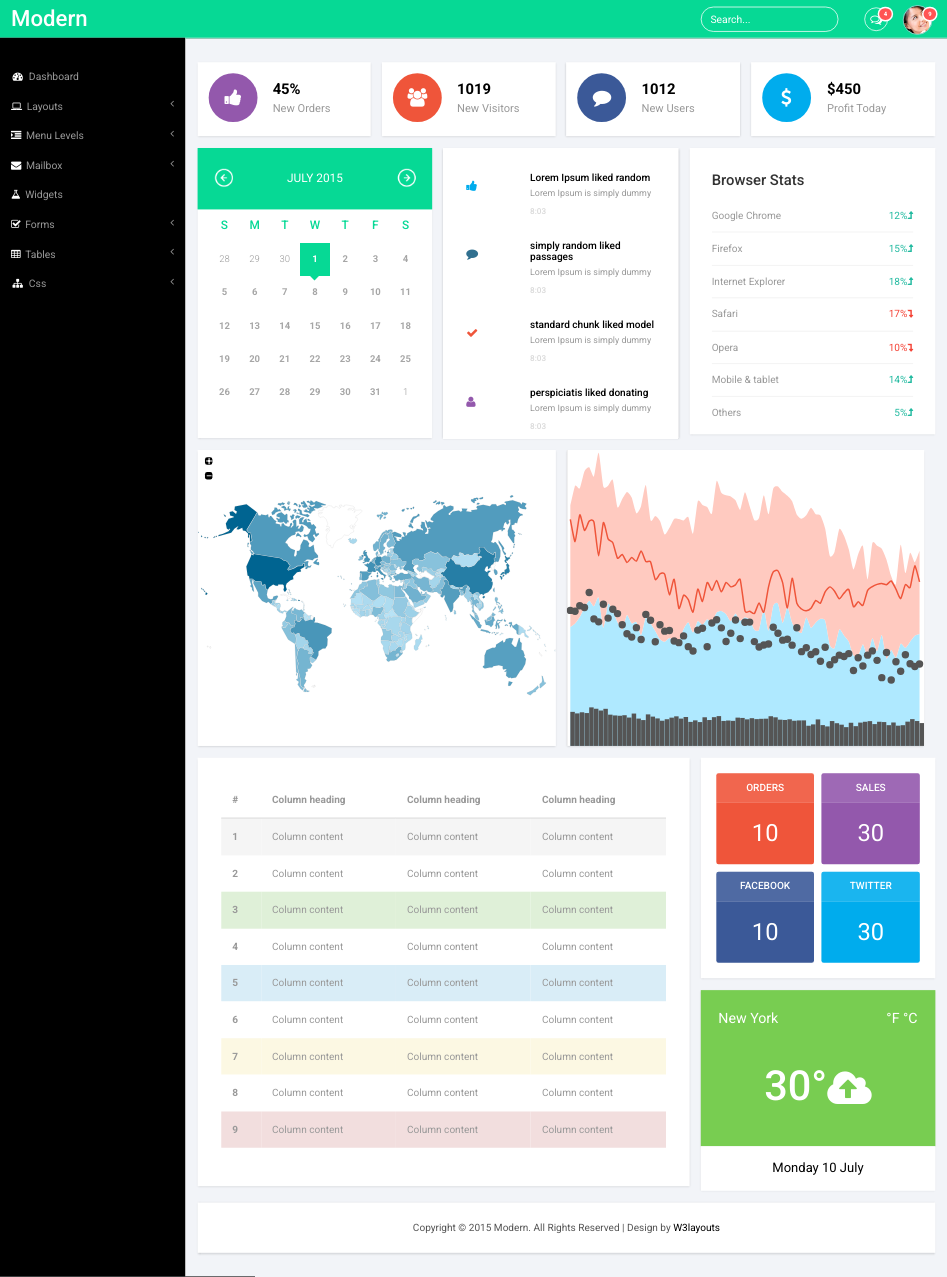
Repository: NomanMustafa/laravel-blog
Page: http://localhost/dashboard
These files come from the project's save history. The page is drawn as it stood at one moment and after the next save; the edit follows.
The browser window is 1280 px wide. The pictures show the whole page, at 74% of full size.
The page is served by the project's Laravel application, run on PHP 8.4 with Laravel 8. A made-up administrator, Test User (test@example.com), is signed in. Other server files are loaded and not shown.

Above is the page before, as saved 2020-07-05 00:13:18.

### routes/web.php
<?php

use Illuminate\Support\Facades\Route;

/*
|--------------------------------------------------------------------------
| Web Routes
|--------------------------------------------------------------------------
|
| Here is where you can register web routes for your application. These
| routes are loaded by the RouteServiceProvider within a group which
| contains the "web" middleware group. Now create something great!
|
 */

// Route::get('/', function () {
//     return view('welcome');
// });
Route::get('/', 'PublicControler@index')->name('index');
Route::get('post/{id}', 'PublicControler@singlePost')->name('singlePost');
Route::get('/about', 'PublicControler@about')->name('about');
Route::get('/contect', 'PublicControler@contect')->name('contect');
Route::post('/contect', 'PublicControler@contectPost')->name('contectPost');

Auth::routes();
Route::get('/dashboard', 'HomeController@index')->name('dashboard');

Route::prefix('admin')->group(function(){
    Route::get('/dashboard' , 'AdminController@dashboard')->name('adminDashboard');
});

### resources/views/dashboard.blade.php
@extends('layouts.admin')

@section('content')

<div id="wrapper">
     <!-- Navigation -->
       <nav class="top1 navbar navbar-default navbar-static-top" role="navigation" style="margin-bottom: 0">
            @include('includes.admin.headerNavigation')
            @include('includes.admin.sideBar')
                 </nav>
        <div id="page-wrapper">
        <div class="graphs">
     	<div class="col_3">
        	<div class="col-md-3 widget widget1">
        		<div class="r3_counter_box">
                    <i class="pull-left fa fa-thumbs-up icon-rounded"></i>
                    <div class="stats">
                      <h5><strong>45%</strong></h5>
                      <span>New Orders</span>
                    </div>
                </div>
        	</div>
        	<div class="col-md-3 widget widget1">
        		<div class="r3_counter_box">
                    <i class="pull-left fa fa-users user1 icon-rounded"></i>
                    <div class="stats">
                      <h5><strong>1019</strong></h5>
                      <span>New Visitors</span>
                    </div>
                </div>
        	</div>
        	<div class="col-md-3 widget widget1">
        		<div class="r3_counter_box">
                    <i class="pull-left fa fa-comment user2 icon-rounded"></i>
                    <div class="stats">
                      <h5><strong>1012</strong></h5>
                      <span>New Users</span>
                    </div>
                </div>
        	</div>
        	<div class="col-md-3 widget">
        		<div class="r3_counter_box">
                    <i class="pull-left fa fa-dollar dollar1 icon-rounded"></i>
                    <div class="stats">
                      <h5><strong>$450</strong></h5>
                      <span>Profit Today</span>
                    </div>
                </div>
        	 </div>
        	<div class="clearfix"> </div>
      </div>
      <div class="col_1">
		    <div class="col-md-4 span_7">
		      <div class="cal1 cal_2"><div class="clndr"><div class="clndr-controls"><div class="clndr-control-button"><p class="clndr-previous-button">previous</p></div><div class="month">July 2015</div><div class="clndr-control-button rightalign"><p class="clndr-next-button">next</p></div></div><table class="clndr-table" border="0" cellspacing="0" cellpadding="0"><thead><tr class="header-days"><td class="header-day">S</td><td class="header-day">M</td><td class="header-day">T</td><td class="header-day">W</td><td class="header-day">T</td><td class="header-day">F</td><td class="header-day">S</td></tr></thead><tbody><tr><td class="day adjacent-month last-month calendar-day-2015-06-28"><div class="day-contents">28</div></td><td class="day adjacent-month last-month calendar-day-2015-06-29"><div class="day-contents">29</div></td><td class="day adjacent-month last-month calendar-day-2015-06-30"><div class="day-contents">30</div></td><td class="day calendar-day-2015-07-01"><div class="day-contents">1</div></td><td class="day calendar-day-2015-07-02"><div class="day-contents">2</div></td><td class="day calendar-day-2015-07-03"><div class="day-contents">3</div></td><td class="day calendar-day-2015-07-04"><div class="day-contents">4</div></td></tr><tr><td class="day calendar-day-2015-07-05"><div class="day-contents">5</div></td><td class="day calendar-day-2015-07-06"><div class="day-contents">6</div></td><td class="day calendar-day-2015-07-07"><div class="day-contents">7</div></td><td class="day calendar-day-2015-07-08"><div class="day-contents">8</div></td><td class="day calendar-day-2015-07-09"><div class="day-contents">9</div></td><td class="day calendar-day-2015-07-10"><div class="day-contents">10</div></td><td class="day calendar-day-2015-07-11"><div class="day-contents">11</div></td></tr><tr><td class="day calendar-day-2015-07-12"><div class="day-contents">12</div></td><td class="day calendar-day-2015-07-13"><div class="day-contents">13</div></td><td class="day calendar-day-2015-07-14"><div class="day-contents">14</div></td><td class="day calendar-day-2015-07-15"><div class="day-contents">15</div></td><td class="day calendar-day-2015-07-16"><div class="day-contents">16</div></td><td class="day calendar-day-2015-07-17"><div class="day-contents">17</div></td><td class="day calendar-day-2015-07-18"><div class="day-contents">18</div></td></tr><tr><td class="day calendar-day-2015-07-19"><div class="day-contents">19</div></td><td class="day calendar-day-2015-07-20"><div class="day-contents">20</div></td><td class="day calendar-day-2015-07-21"><div class="day-contents">21</div></td><td class="day calendar-day-2015-07-22"><div class="day-contents">22</div></td><td class="day calendar-day-2015-07-23"><div class="day-contents">23</div></td><td class="day calendar-day-2015-07-24"><div class="day-contents">24</div></td><td class="day calendar-day-2015-07-25"><div class="day-contents">25</div></td></tr><tr><td class="day calendar-day-2015-07-26"><div class="day-contents">26</div></td><td class="day calendar-day-2015-07-27"><div class="day-contents">27</div></td><td class="day calendar-day-2015-07-28"><div class="day-contents">28</div></td><td class="day calendar-day-2015-07-29"><div class="day-contents">29</div></td><td class="day calendar-day-2015-07-30"><div class="day-contents">30</div></td><td class="day calendar-day-2015-07-31"><div class="day-contents">31</div></td><td class="day adjacent-month next-month calendar-day-2015-08-01"><div class="day-contents">1</div></td></tr></tbody></table></div></div>
		    </div>
		    <div class="col-md-4 span_8">
		       <div class="activity_box">
		        <div class="scrollbar" id="style-2">
                   <div class="activity-row">
	                 <div class="col-xs-1"><i class="fa fa-thumbs-up text-info icon_13"> </i>  </div>
	                 <div class="col-xs-3 activity-img"><img src='images/5.png' class="img-responsive" alt=""/></div>
	                 <div class="col-xs-8 activity-desc">
	                 	<h5><a href="#">Lorem Ipsum</a> liked <a href="#">random</a></h5>
	                    <p>Lorem Ipsum is simply dummy</p>
	                    <h6>8:03</h6>
	                 </div>
	                 <div class="clearfix"> </div>
                    </div>
	  			    <div class="activity-row">
	                 <div class="col-xs-1"><i class="fa fa-comment text-info"></i> </div>
	                 <div class="col-xs-3 activity-img"><img src='images/3.png' class="img-responsive" alt=""/></div>
	                 <div class="col-xs-8 activity-desc">
	                 	<h5><a href="#">simply random</a> liked <a href="#">passages</a></h5>
	                    <p>Lorem Ipsum is simply dummy</p>
	                    <h6>8:03</h6>
	                 </div>
	                 <div class="clearfix"> </div>
                    </div>
                    <div class="activity-row">
	                 <div class="col-xs-1"><i class="fa fa-check text-info icon_11"></i></div>
	                 <div class="col-xs-3 activity-img"><img src='images/1.png' class="img-responsive" alt=""/></div>
	                 <div class="col-xs-8 activity-desc">
	                 	<h5><a href="#">standard chunk</a> liked <a href="#">model</a></h5>
	                    <p>Lorem Ipsum is simply dummy</p>
	                    <h6>8:03</h6>
	                 </div>
	                 <div class="clearfix"> </div>
                    </div>
                    <div class="activity-row1">
	                 <div class="col-xs-1"><i class="fa fa-user text-info icon_12"></i></div>
	                 <div class="col-xs-3 activity-img"><img src='images/4.png' class="img-responsive" alt=""/></div>
	                 <div class="col-xs-8 activity-desc">
	                 	<h5><a href="#">perspiciatis</a> liked <a href="#">donating</a></h5>
	                    <p>Lorem Ipsum is simply dummy</p>
	                    <h6>8:03</h6>
	                 </div>
	                 <div class="clearfix"> </div>
                     </div>
	  		        </div>
		          </div>
		    </div>
			<div class="col-md-4 stats-info">
                <div class="panel-heading">
                    <h4 class="panel-title">Browser Stats</h4>
                </div>
                <div class="panel-body">
                    <ul class="list-unstyled">
                        <li>Google Chrome<div class="text-success pull-right">12%<i class="fa fa-level-up"></i></div></li>
                        <li>Firefox<div class="text-success pull-right">15%<i class="fa fa-level-up"></i></div></li>
                        <li>Internet Explorer<div class="text-success pull-right">18%<i class="fa fa-level-up"></i></div></li>
                        <li>Safari<div class="text-danger pull-right">17%<i class="fa fa-level-down"></i></div></li>
                        <li>Opera<div class="text-danger pull-right">10%<i class="fa fa-level-down"></i></div></li>
                        <li>Mobile &amp; tablet<div class="text-success pull-right">14%<i class="fa fa-level-up"></i></div></li>
                        <li class="last">Others<div class="text-success pull-right">5%<i class="fa fa-level-up"></i></div></li>
                    </ul>
                </div>
            </div>
            <div class="clearfix"> </div>
	  </div>
	  <div class="span_11">
		<div class="col-md-6 col_4">
		  <div class="map_container"><div id="vmap" style="width: 100%; height: 400px;"></div></div>
		  <!----Calender -------->
			<link rel="stylesheet" href="{{ asset('admin/assets/css/clndr.css') }}" type="text/css" />
			<script src="{{ asset('admin/assets/js/underscore-min.js') }}" type="text/javascript"></script>
			<script src= "{{ asset('admin/assets/js/moment-2.2.1.js') }}" type="text/javascript"></script>
			<script src="{{ asset('admin/assets/js/clndr.js') }}" type="text/javascript"></script>
			<script src="{{ asset('admin/assets/js/site.js') }}" type="text/javascript"></script>
			<!----End Calender -------->
		</div>
		<div class="col-md-6 col_5">
		  <div id="chart_container">
		   <div id="chart"></div>
	       <div id="slider"></div>


{{-- <div class="container">
    <div class="row justify-content-center">
        <div class="col-md-8">
            <div class="card">
                <div class="card-header">{{ __('Dashboard') }}</div>

                <div class="card-body">
                    @if (session('status'))
                        <div class="alert alert-success" role="alert">
                            {{ session('status') }}
                        </div>
                    @endif

                    {{ __('You are logged in!') }}
                </div>
            </div>
        </div>
    </div>
</div> --}}
@endsection

### public/admin/assets/css/lines.css

.rickshaw_graph .detail {
	pointer-events: none;
	position: absolute;
	top: 0;
	z-index: 2;
	background: rgba(0, 0, 0, 0.1);
	bottom: 0;
	width: 1px;
	transition: opacity 0.25s linear;
	-moz-transition: opacity 0.25s linear;
	-o-transition: opacity 0.25s linear;
	-webkit-transition: opacity 0.25s linear;
}
.rickshaw_graph .detail.inactive {
	opacity: 0;
}
.rickshaw_graph .detail .item.active {
	opacity: 1;
}
.rickshaw_graph .detail .x_label {
	font-family: Arial, sans-serif;
	border-radius: 3px;
	padding: 6px;
	opacity: 0.5;
	border: 1px solid #e0e0e0;
	font-size: 12px;
	position: absolute;
	background: white;
	white-space: nowrap;
}
.rickshaw_graph .detail .x_label.left {
	left: 0;
}
.rickshaw_graph .detail .x_label.right {
	right: 0;
}
.rickshaw_graph .detail .item {
	position: absolute;
	z-index: 2;
	border-radius: 3px;

	font-size: 12px;
	font-family: Arial, sans-serif;
	opacity: 0;
	background: rgba(0, 0, 0, 0.4);
	color: white;
	border: 1px solid rgba(0, 0, 0, 0.4);
	margin-left: 1em;
	margin-right: 1em;
	margin-top: -1em;
	white-space: nowrap;
}
.rickshaw_graph .detail .item.left {
	left: 0;
}
.rickshaw_graph .detail .item.right {
	right: 0;
}
.rickshaw_graph .detail .item.active {
	opacity: 1;
	background: rgba(0, 0, 0, 0.8);
}
.rickshaw_graph .detail .item:after {
	position: absolute;
	display: block;
	width: 0;
	height: 0;

	content: "";

	border: 5px solid transparent;
}
.rickshaw_graph .detail .item.left:after {
	top: 1em;
	left: -5px;
	margin-top: -5px;
	border-right-color: rgba(0, 0, 0, 0.8);
	border-left-width: 0;
}
.rickshaw_graph .detail .item.right:after {
	top: 1em;
	right: -5px;
	margin-top: -5px;
	border-left-color: rgba(0, 0, 0, 0.8);
	border-right-width: 0;
}
.rickshaw_graph .detail .dot {
	width: 4px;
	height: 4px;
	margin-left: -3px;
	margin-top: -3.5px;
	border-radius: 5px;
	position: absolute;
	box-shadow: 0 0 2px rgba(0, 0, 0, 0.6);
	box-sizing: content-box;
	-moz-box-sizing: content-box;
	background: white;
	border-width: 2px;
	border-style: solid;
	display: none;
	background-clip: padding-box;
}
.rickshaw_graph .detail .dot.active {
	display: block;
}
/* graph */
#chart {
  width: 649px !important;
  height: 400px !important;
  background-color: #fff;
}
.rickshaw_graph {
	position: relative;
}
.rickshaw_graph svg {
  display: block;
  overflow: hidden;
}
@media (max-width:1366px){
#chart {
  width:533px !important;
}
}
@media (max-width:1280px){
#chart {
  width:483px !important;
}
canvas#doughnut, canvas#line, canvas#polarArea, #bar, #pie, #radar {
  width: 308px !important;
  height: 220px !important;
}
}
@media (max-width:1024px){
#chart {
  width:360px !important;
  height:300px !important;
}
}
@media (max-width:768px){
#chart {
  width:468px !important;
  height: 300px !important;
}
}
@media (max-width:736px){
#chart {
  width:685px !important;
  height: 300px !important;
}
}
@media (max-width:640px){
#chart {
  width:580px !important;
  height:250px !important;
}
}
@media (max-width:540px){
#chart {
  width:464px !important;
  height:250px !important;
}
}
@media (max-width:480px){
#chart {
  width:447px !important;
  height:250px !important;
}
}
@media (max-width:320px){
#chart {
  width:298px !important;
  height:250px !important;
}
.copy {
  padding: 10px;
}
.copy p{
  font-size:13px;
}
.btn-group-lg>.btn, .btn-lg {
  padding: 6px 7px;
  font-size: 16px;
}
.label {
  font-size: 56%;
}
.pagination-lg>li>a, .pagination-lg>li>span {
  padding: 8px 13px;
  font-size: 15px;
}
.nav>li>a {
  padding: 7px 8px;
}
.modal-dialog {
  width: 245px !important;
}
}

### public/admin/assets/css/custom.css
#wrapper {
    width: 100%;
}
#page-wrapper {
    /*--padding: 0 15px;--*/
    min-height: 568px;
    background-color: #fff;
}

@media(min-width:768px) {
    #page-wrapper {
        position: inherit;
        margin: 0 0 0 250px;
        /*--padding: 0 30px;--*/
        border-left: 1px solid #e7e7e7;
    }
}

.navbar-top-links {
    margin-right: 0;
}

.navbar-top-links li {
    display: inline-block;
}

.navbar-top-links li:last-child {
    margin-right: 15px;
}

.navbar-top-links li a {
    padding: 15px;
    min-height: 50px;
}

.navbar-top-links .dropdown-menu li {
    display: block;
}

.navbar-top-links .dropdown-menu li:last-child {
    margin-right: 0;
}

.navbar-top-links .dropdown-menu li a {
    padding: 3px 20px;
    min-height: 0;
}

.navbar-top-links .dropdown-menu li a div {
    white-space: normal;
}

.navbar-top-links .dropdown-messages,
.navbar-top-links .dropdown-tasks,
.navbar-top-links .dropdown-alerts {
    width: 310px;
    min-width: 0;
}
.navbar-top-links .dropdown-messages {
    margin-left: 5px;
}
.navbar-top-links .dropdown-tasks {
    margin-left: -59px;
}

.navbar-top-links .dropdown-alerts {
    margin-left: -123px;
}

.navbar-top-links .dropdown-user {
    right: 0;
    left: auto;
}

.sidebar .sidebar-nav.navbar-collapse {
    padding-right: 0;
    padding-left: 0;
}

.sidebar .sidebar-search {
    padding: 15px;
}
.sidebar .arrow {
    float: right;
}

.sidebar .fa.arrow:before {
    content: "\f104";
}

.sidebar .active>a>.fa.arrow:before {
    content: "\f107";
}

.sidebar .nav-second-level li,
.sidebar .nav-third-level li {
    border-bottom: 0!important;
}

.sidebar .nav-second-level li a {
    padding-left: 37px;
}

.sidebar .nav-third-level li a {
    padding-left: 52px;
}

@media(min-width:768px) {
    .sidebar {
        z-index: 1;
        position: absolute;
        width: 250px;
        margin-top: 51px;
    }

    .navbar-top-links .dropdown-messages,
    .navbar-top-links .dropdown-tasks,
    .navbar-top-links .dropdown-alerts {
        margin-left: auto;
    }
}

### public/admin/assets/css/jqvmap.css
/*!
 * jQVMap Version 1.0
 *
 * http://jqvmap.com
 *
 * Copyright 2012, Peter Schmalfeldt <manifestinteractive@gmail.com>
 * Licensed under the MIT license.
 *
 * Fork Me @ https://github.com/manifestinteractive/jqvmap
 */
.jqvmap-label
{
	position: absolute;
	display: none;
	-webkit-border-radius: 3px;
	-moz-border-radius: 3px;
	border-radius: 3px;
	background: #292929;
	color: white;
	font-family: sans-serif, Verdana;
	font-size: smaller;
	padding: 3px;
}
.jqvmap-zoomin, .jqvmap-zoomout
{
  position: absolute;
  left: 10px;
  -webkit-border-radius: 3px;
  -moz-border-radius: 3px;
  border-radius: 3px;
  background: #000000;
  padding: 1px;
  color: white;
  width: 10px;
  height: 10px;
  cursor: pointer;
  line-height: 9px;
  text-align: center;
}
.jqvmap-zoomin
{
	top: 10px;
}
.jqvmap-zoomout
{
	top: 30px;
}
.jqvmap-region
{
  cursor: pointer;
}
.jqvmap-ajax_response
{
  width: 100%;
  height: 500px;
}

Loaded but not shown: app/Providers/AppServiceProvider.php (common file); app/Http/Controllers/Auth/LoginController.php (common file); app/Http/Controllers/Controller.php (common file); app/Http/Controllers/Auth/ConfirmPasswordController.php (common file); app/User.php (common file); app/Http/Controllers/HomeController.php (common file); public/admin/assets/css/bootstrap.min.css (library); public/admin/assets/css/font-awesome.css (library); public/admin/assets/js/jquery.min.js (library); public/admin/assets/js/metisMenu.min.js (common file); public/admin/assets/js/d3.v3.js (library); public/admin/assets/js/underscore-min.js (library); public/admin/assets/js/moment-2.2.1.js (library); public/admin/assets/js/jquery.vmap.js (library); public/admin/assets/js/jquery.vmap.sampledata.js (common file); public/admin/assets/js/jquery.vmap.world.js (library); public/admin/assets/js/bootstrap.min.js (library); public/admin/assets/js/rickshaw.js (3908 lines, source omitted); public/admin/assets/js/clndr.js (833 lines, source omitted); public/admin/assets/js/site.js (90 lines, source omitted); public/admin/assets/js/custom.js (36 lines, source omitted); public/admin/assets/css/style.css (2713 lines, source omitted); resources/views/layouts/admin.blade.php (257 lines, source omitted); resources/views/includes/admin/headerNavigation.blade.php (97 lines, source omitted); public/admin/assets/css/clndr.css (192 lines, source omitted); resources/views/includes/admin/sideBar.blade.php (80 lines, source omitted)

After the next save:
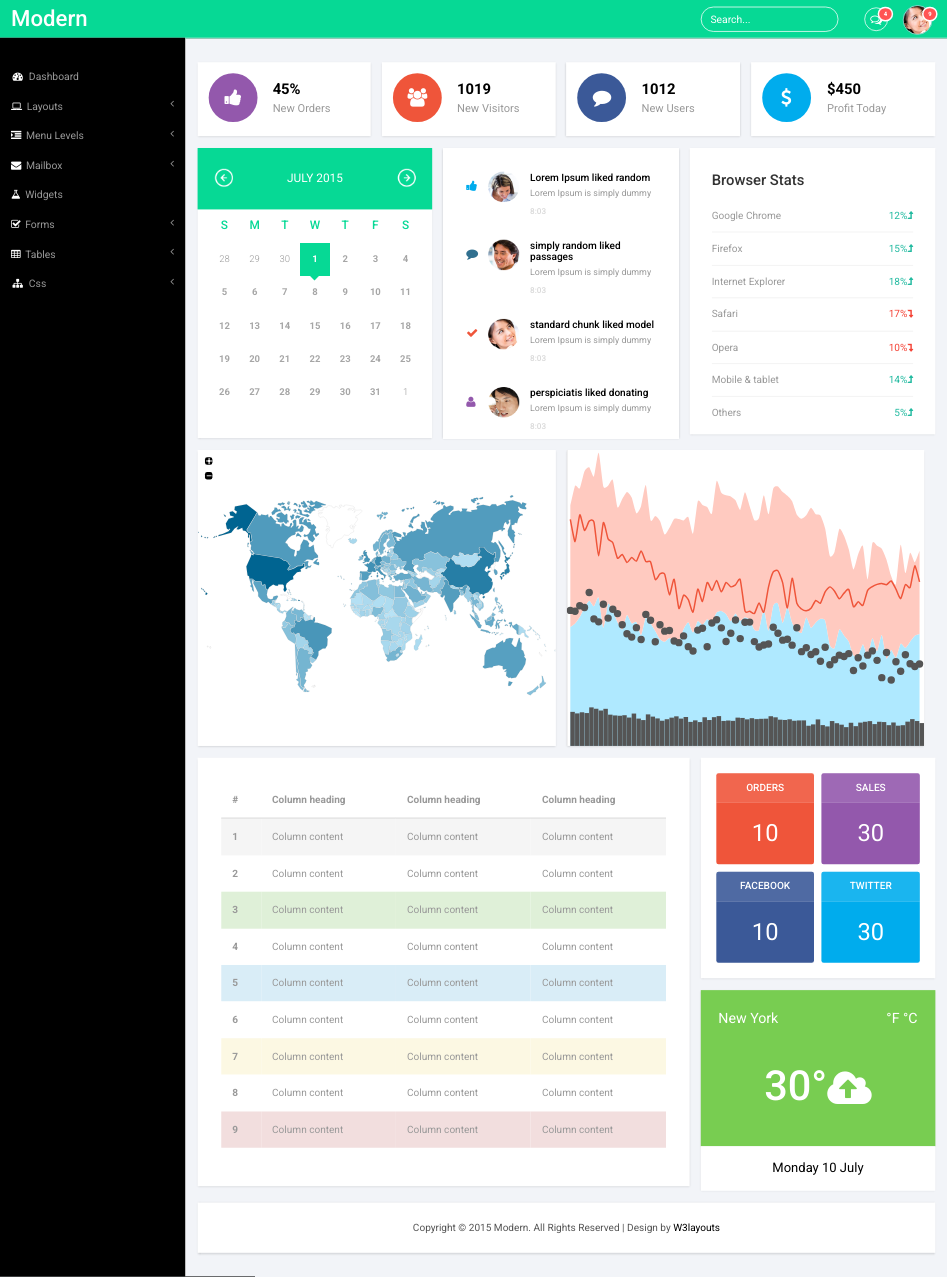
Saved 2 min 13 s later.
--- a/resources/views/dashboard.blade.php
+++ b/resources/views/dashboard.blade.php
@@ -58,7 +58,7 @@
 		        <div class="scrollbar" id="style-2">
                    <div class="activity-row">
 	                 <div class="col-xs-1"><i class="fa fa-thumbs-up text-info icon_13"> </i>  </div>
-	                 <div class="col-xs-3 activity-img"><img src='images/5.png' class="img-responsive" alt=""/></div>
+	                 <div class="col-xs-3 activity-img"><img src='{{ asset('admin/assets/images/5.png') }}' class="img-responsive" alt=""/></div>
 	                 <div class="col-xs-8 activity-desc">
 	                 	<h5><a href="#">Lorem Ipsum</a> liked <a href="#">random</a></h5>
 	                    <p>Lorem Ipsum is simply dummy</p>
@@ -68,7 +68,7 @@
                     </div>
 	  			    <div class="activity-row">
 	                 <div class="col-xs-1"><i class="fa fa-comment text-info"></i> </div>
-	                 <div class="col-xs-3 activity-img"><img src='images/3.png' class="img-responsive" alt=""/></div>
+	                 <div class="col-xs-3 activity-img"><img src='{{ asset('admin/assets/images/3.png') }}' class="img-responsive" alt=""/></div>
 	                 <div class="col-xs-8 activity-desc">
 	                 	<h5><a href="#">simply random</a> liked <a href="#">passages</a></h5>
 	                    <p>Lorem Ipsum is simply dummy</p>
@@ -78,7 +78,7 @@
                     </div>
                     <div class="activity-row">
 	                 <div class="col-xs-1"><i class="fa fa-check text-info icon_11"></i></div>
-	                 <div class="col-xs-3 activity-img"><img src='images/1.png' class="img-responsive" alt=""/></div>
+	                 <div class="col-xs-3 activity-img"><img src='{{ asset('admin/assets/images/1.png') }}' class="img-responsive" alt=""/></div>
 	                 <div class="col-xs-8 activity-desc">
 	                 	<h5><a href="#">standard chunk</a> liked <a href="#">model</a></h5>
 	                    <p>Lorem Ipsum is simply dummy</p>
@@ -88,7 +88,7 @@
                     </div>
                     <div class="activity-row1">
 	                 <div class="col-xs-1"><i class="fa fa-user text-info icon_12"></i></div>
-	                 <div class="col-xs-3 activity-img"><img src='images/4.png' class="img-responsive" alt=""/></div>
+	                 <div class="col-xs-3 activity-img"><img src='{{ asset('admin/assets/images/4.png') }}' class="img-responsive" alt=""/></div>
 	                 <div class="col-xs-8 activity-desc">
 	                 	<h5><a href="#">perspiciatis</a> liked <a href="#">donating</a></h5>
 	                    <p>Lorem Ipsum is simply dummy</p>
